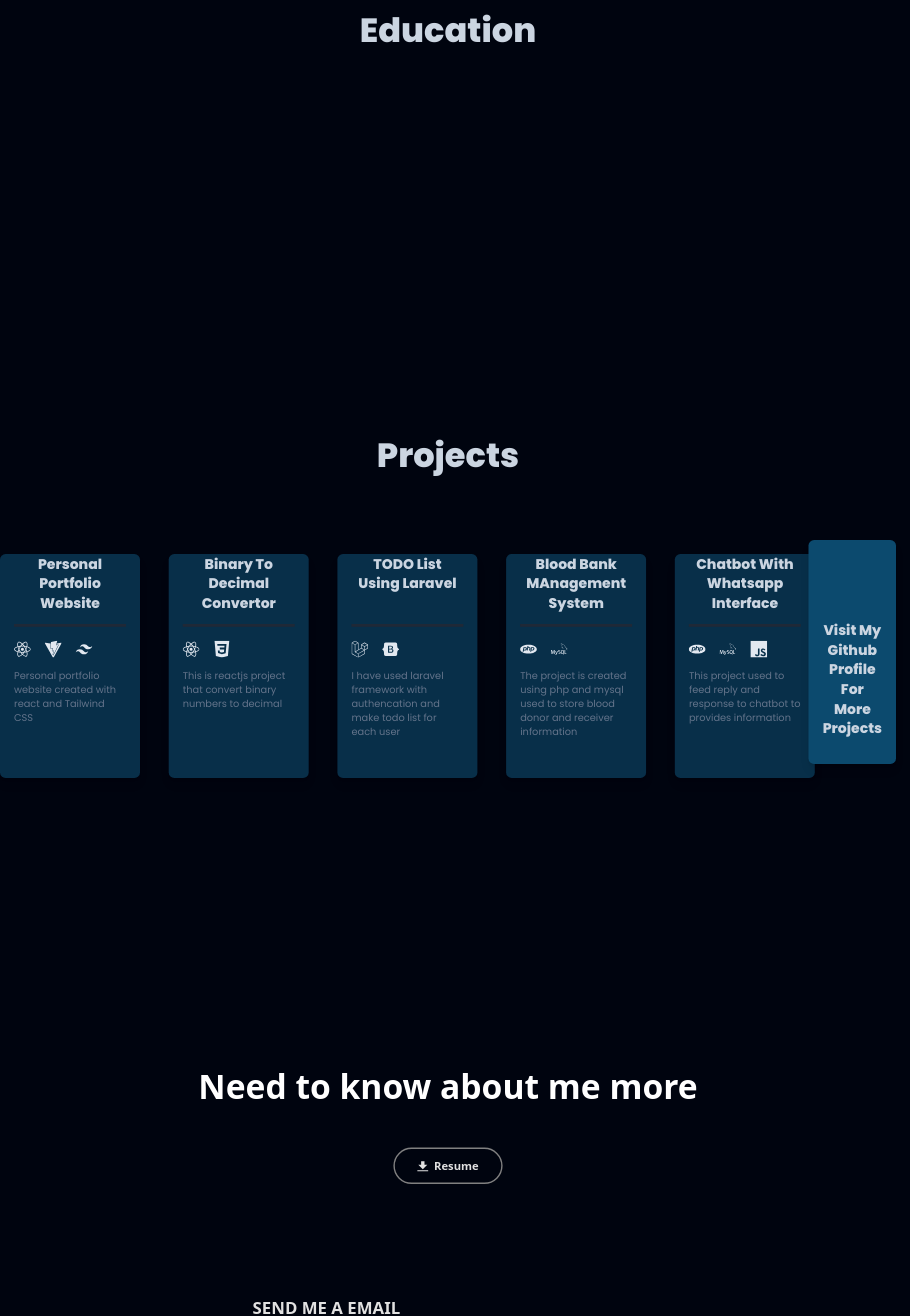
Repository: sibi24sibi/MyPersonalPortfolio
Page: /
The author's editor kept a copy of each file at every save. The page is drawn from the files as they stood at one save, then again after the next save.
The browser window is 1280 px wide. The page is 1300 px wide, so the pictures cover 1300 px, including what lies to the right of the window. The pictures show the part of the page from y = 1209 to 3089 px (the page is 3494 px tall), at 70% of full size.
The project was rebuilt for these pictures with package versions that can differ from the ones it lists, and the page was loaded fresh each time. Also part of the build but not shown: vite.config.js, src/components/Menu.jsx, src/components/Footer.jsx.

Above is the page before, as saved 2024-05-03 20:23:00.

### index.html
<!DOCTYPE html>
<html lang="en">

<head>
  <meta charset="UTF-8" />
  <link rel="icon" type="image/svg+xml" href="" />
  <meta name="viewport" content="width=device-width, initial-scale=1 , maximum-scale=1 ,user-scalable=no" />
  <title>
    Personal Portfolio
  </title>
</head>

<body className="darkMode">
  <div id="root" className="px-5 w-screen"></div>
  <script type="module" src="/src/main.jsx"></script>
</body>

</html>

### src/index.css
@import url('https://fonts.googleapis.com/css2?family=Poppins:wght@300;400;500;600;800&display=swap');
@tailwind base;
@tailwind components;
@tailwind utilities;

html {
    @apply overflow-x-hidden scroll-smooth
}

body {

    @apply dark:bg-[#00040f] bg-[#e2e2e2ab]
}

### src/App.jsx
import Navbar from "./components/Navbar";
import About from "./components/About";

import Education from "./components/Education";
import Projects from "./components/Projects";
import Skills from "./components/Skills";

import HashLoader from "react-spinners/HashLoader";
import CTA from "./components/CTA";
import MyEmailLayout from "./components/email";
import Footer from "./components/Footer";


import { useState, useEffect } from "react";

const override = {
  display: "flex",
  justifyContent: "center",
  alignItems: "center",
  marginTop: "5rem",
  borderColor: "red",
};

const App = () => {
  const [loading, setLoading] = useState(true);

  useEffect(() => {
    setLoading(true);
    setTimeout(() => {
      setLoading(false);
    }, 3000);
  }, []);
  return (
    <>
      {loading ? (
        <div className="flex h-screen w-screen justify-center items-center bg-[#00040f] ">
          <HashLoader
            color="#0891b2"
            loading={loading}
            cssOverride={override}
            size={90}
            aria-label="Loading Spinner"
            data-testid="loader"
          />
        </div>
      ) : (
        <div className=" flex flex-col justify-center items-center">
          <Navbar></Navbar>
          <About></About>
          <Skills></Skills>
          <Education></Education>
          <Projects></Projects>
          <CTA></CTA>
          <MyEmailLayout></MyEmailLayout>
          {/* <Footer></Footer> */}
        </div>
      )}
    </>
  );
};
export default App;

### src/components/Navbar.jsx
import { CgMenuRightAlt } from "react-icons/cg";
import { HiSun, HiMoon } from "react-icons/hi";
import { useState, useEffect } from "react";
import Menu from "./Menu";

const Navbar = () => {
  const [nav, setNav] = useState(false);

  const [theme, setTheme] = useState("light");

  useEffect(() => {
    if (theme === "dark") {
      document.documentElement.classList.remove("dark");
    } else {
      document.documentElement.classList.add("dark");
    }
  }, [theme]);

  const handleTheme = () => {
    setTheme(theme === "dark" ? "light" : "dark");
  };

  return (
    <>
      <section className="NAVBAR sticky top-0 backdrop-blur-[5px] z-10 pt-5  translate-x-[20px] min-w-full mt-5 font-['Poppins']  max-sm:p-2 max-sm:mx-1 max-sm:max-h-[48px] ">
        <div className="flex  justify-between capitalize md:ml-9 sm:ml-2">
          <div className="LOGO ">
            <a
              href="#"
              className="text-3xl bg-gradient-to-r from-blue-600 to-cyan-600 bg-clip-text text-transparent dark:text-cyan-500 max-sm:text-2xl"
            >
              {"Portfolio"}
            </a>
          </div>
          <div className="NAVLINKS min-w-full pr-9 text-[20px] translate-x-[-160px]  max-sm:hidden flex justify-end gap-12 text-[#00040f] dark:text-[#e1e1e1] ">
            <a href="#about" className=" hover:text-cyan-500">
              Home
            </a>
            <a href="#experience" className="hover:text-cyan-500">
              Experience
            </a>
            {/* <a href="#education" className="hover:text-cyan-500 ">
              Education
            </a> */}
            <a href="#projects" className="hover:text-cyan-500 ">
              Projects
            </a>
            <a href="#contact" className="hover:text-cyan-500 ">
              Contact
            </a>

            <button onClick={handleTheme}>
              {theme === "dark" ? (
                <HiMoon className="-translate-y-1 text-2xl" />
              ) : (
                <HiSun className="-translate-y-1 text-2xl" />
              )}
            </button>

            </div>
            </div>
          <button onClick={() => setNav(!nav)}>
            <CgMenuRightAlt className="hidden max-sm:block mr-5   absolute top-2  right-10 md:transform-none text-[#00040f] dark:text-[#e1e1e1] text-[32px]" />
          </button>


        {nav && <Menu />}

      </section>



    </>
  );
};
export default Navbar;

### src/components/About.jsx
import Lottie from "lottie-react";
import computer from "../assets/lottie/computer.json";

const About = () => {
  return (
    <>
      <section
        id="about"
        className="p-5 mx-2 mb-10 font-medium font-['Poppins'] max-w-6xl max-sm:p-2 max-sm:mx-5"
      >
        <div className="WRAPPER mt-12 flex justify-between max-sm:flex-col gap-35">
        <div className="INTRO text-[70px] leading-[80px] font-semibold max-sm:text-[40px] max-sm:leading-[70px] max-sm:font-semibold">
            <h3 className="text-[#00040f] dark:text-white">
              Hi, there! <br />I am
            </h3>
            <span className="bg-clip-text text-transparent bg-gradient-to-r  from-blue-600 to-cyan-600 dark:from-cyan-500 dark:to-slate-200">
             Sibi Chakraborthy.

            </span>

            <p className="ABOUT h-[100px] text-xl max-sm:text-[15px] bg-clip-text text-transparent  bg-gradient-to-r  from-[#00040f] to-slate-500 dark:from-slate-500 dark:to-slate-200 max-w-[470px] mt-5 pl-1">
            Design is not just what it looks like and feels like. Design is how it works.
            </p>
          </div>
        <div className="div">
          <Lottie
            animationData={computer}
            loop={true}
            className="max-w-[650px] "
          />
          </div>
        </div>
      </section>
    </>
  );
};
export default About;

### src/components/Education.jsx
import Lottie from "lottie-react";
import education from "../assets/lottie/education.json";
import SAEC from "../assets/SAEC.png";
import AOS from "aos";

import { useEffect } from "react";

const Education = () => {
  useEffect(() => {
    AOS.init();
  }, []);
  return (
    <section
      id="education"
      className="EXPERIENCE max-w-6xl p-5 mx-20 mb-25 font-['Poppins']  max-sm:p-2 max-sm:mx-5"
    >
      <div className="WRAPPER mt-10">
        <h1 className="text-[#00040f] dark:text-slate-300 text-center font-extrabold text-5xl mb-5 max-sm:text-4xl   ">
          Education
        </h1>

        <div
          className="EDUCATION flex gap-7 justify-between flex-row-reverse max-sm:flex-col"
          data-aos="fade-right"
        >
          <div className="max-w-[520px] mt-[52px] p-7 max-sm:p-3">
            <div className="flex gap-5">
              <img
                src={SAEC}
                alt="SAEC"
                className="w-[150px] h-[100px]"
              />
              <h1 className="bg-clip-text text-transparent bg-gradient-to-r max-sm:text-[17px] from-amber-500 via-orange-600 to-yellow-500 dark:from-[#ff6600] dark:to-slate-100 font-semibold text-2xl w-[300px] h-[100px] tracking-wider ">
                Syed Ammal engineering college
              </h1>
            </div>

            <div className="mt-7 flex flex-col gap-5 text-left pl-4">
              <h3 className="capitalize  text-slate-800 dark:text-slate-300 text-xl max-sm:text-lg">
                Bachelor of technology
              </h3>
              <p className="italic capitalize text-gray-500 dark:text-slate-500 text-xl max-sm:text-lg leading-9">
                November 2020 - May 2024
              </p>

              <p className="capitalize text-gray-500 dark:text-slate-500 text-xl max-sm:text-lg leading-9">
                Computer Science and Engineering
              </p>
            </div>
          </div>
          <Lottie
            animationData={education}
            loop={true}
            className="max-w-[500px]"
          />
        </div>
      </div>
    </section>
  );
};
export default Education;

### src/components/Projects.jsx
import Project_prop from "./Project_prop";
import {
  GPT4,
  Portfolio,
  Rocket,
  WellBeing,
  Game,
} from "../constants/Constant";
import Tooltip from "@mui/material/Tooltip";
import IconButton from "@mui/material/IconButton";
import AOS from "aos";
import "aos/dist/aos.css";
import { useEffect } from "react";
import {
  SiReact,
  SiTailwindcss,
  SiVite,
  SiHtml5,
  SiCss3,
  SiJavascript,
  SiLaravel,
  SiBootstrap,
  SiPhp,
  SiWordpress,
  SiMysql,
} from "react-icons/si";

const Projects = () => {
  useEffect(() => {
    AOS.init();
  }, []);
  return (

<>

<section
      id="projects"
      className="EXPERIENCE p-5 mx-5 min-h-screen font-['Poppins']   max-sm:p-2 max-sm:mx-5"
    >
<h1 className="text-[#00040f] dark:text-slate-300 text-center font-extrabold text-5xl mb-24  max-sm:text-4xl  ">
          Projects
</h1>
<div className="container flex justify-center flex-col md:flex-row">


<Project_prop
            title="Personal Portfolio Website"
            para="Personal portfolio website created with react and Tailwind CSS"
            img={Portfolio}
            link=""
            github_link=""
            react={
              <Tooltip title="React" arrow>
                <IconButton>
                  <SiReact className="dark:text-slate-200 text-black" />
                </IconButton>
              </Tooltip>
            }
            tailwindcss={
              <Tooltip title="TailWind CSS" arrow>
                <IconButton>
                  <SiTailwindcss className=" dark:text-slate-200 text-black" />
                </IconButton>
              </Tooltip>
            }
            vite={
              <Tooltip title="Vite" arrow>
                <IconButton>
                  <SiVite className=" dark:text-slate-200 text-black" />
                </IconButton>
              </Tooltip>
            }


  />
<Project_prop
            title="Binary to decimal convertor"
            para="This is reactjs project that convert binary numbers to decimal"
            img={Portfolio}
            link=""
            github_link=""
            react={
              <Tooltip title="React" arrow>
                <IconButton>
                  <SiReact className="dark:text-slate-200 text-black" />
                </IconButton>
              </Tooltip>
            }
            css3={
              <Tooltip title="React" arrow>
                <IconButton>
                  <SiCss3 className="dark:text-slate-200 text-black" />
                </IconButton>
              </Tooltip>
            }
  />


<Project_prop
            title="TODO List using Laravel"
            para="I have used laravel framework with authencation and make todo list for each user"
            img={Portfolio}
            link=""
            github_link=""
            laravel={
              <Tooltip title="Laravel" arrow>
                <IconButton>
                  <SiLaravel className=" dark:text-slate-200 text-black" />
                </IconButton>
              </Tooltip>
            }
            bootstrap={
              <Tooltip title="Bootstrap" arrow>
                <IconButton>
                  <SiBootstrap className=" dark:text-slate-200 text-black" />
                </IconButton>
              </Tooltip>
            }

  />
  <Project_prop
            title="Blood Bank MAnagement System"
            para="The project is created using php and mysql used to store blood donor and receiver information"
            img={Portfolio}
            link=""
            github_link=""
            php={
              <Tooltip title="PHP" arrow>
                <IconButton>
                  <SiPhp className=" dark:text-slate-200 text-black" />
                </IconButton>
              </Tooltip>
            }
            mysql={
              <Tooltip title="Mysql" arrow>
                <IconButton>
                  <SiMysql className=" dark:text-slate-200 text-black" />
                </IconButton>
              </Tooltip>
            }

  />
  <Project_prop
            title="Chatbot with Whatsapp interface"
            para="This project used to feed reply and response to chatbot to provides information"
            img={Portfolio}
            link=""
            github_link=""
            php={
              <Tooltip title="PHP" arrow>
                <IconButton>
                  <SiPhp className=" dark:text-slate-200 text-black" />
                </IconButton>
              </Tooltip>
            }
            mysql={
              <Tooltip title="Mysql" arrow>
                <IconButton>
                  <SiMysql className=" dark:text-slate-200 text-black" />
                </IconButton>
              </Tooltip>
            }
            javascript={
              <Tooltip title="JavaScript" arrow>
                <IconButton>
                  <SiJavascript className=" dark:text-slate-200 text-black" />
                </IconButton>
              </Tooltip>
            }
  />
  <div className="card flex bg-blue-200 dark:bg-sky-900 rounded-lg shadow-lg items-center justify-center ">
        <h3
        className=" title capitalize font-bold h-20 text-slate-800 dark:text-slate-300 text-xl max-sm:text-lg m-5 text-center "
        >
          Visit my Github Profile for more projects
        </h3>

  </div>

  </div>
</section>

</>



  );
};
export default Projects;

### src/components/Skills.jsx
import {
  HTML,
  CSS,
  Github,
  Git,
  Vite,
  TailwindCSS,
  react,
  Python,
  Javascript,
  CPP,
  C,
  Vue,
  nodejs
} from "../constants/Constant";

import AOS from "aos";
import "aos/dist/aos.css";
import { useEffect } from "react";
import Image from "./Img_prop";

const Skills = () => {
  useEffect(() => {
    AOS.init();
  }, []);
  return (
    <>
      <section className="EXPERIENCE p-5  mb-10 max-w-6xl  font-['Poppins']  max-sm:p-2 max-sm:mx-5">
        <div>
        <h1 className="text-[#00040f] dark:text-slate-300 font-extrabold text-5xl text-center max-sm:text-4xl ">
          SKILLS
        </h1>
        </div>
        <div
          className=" grid place-content-start  grid-cols-3 gap-4 max-sm:p-2 mt-10"
          data-aos="zoom-out-up"
        >
          <Image img={HTML}></Image>
          <Image img={CSS}></Image>
          <Image img={Javascript}></Image>
          <Image img={react}></Image>
          <Image img={TailwindCSS}></Image>
          {/* <Image img={Vue}></Image>
          <Image img={CPP}></Image>
          <Image img={C}></Image> */}
          <Image img={Python}></Image>
          {/* <Image img={Vite}></Image> */}
          <Image img={Git}></Image>
          <Image img={Github}></Image>
          <Image img={nodejs}></Image>
        </div>
      </section>
    </>
  );
};
export default Skills;

### src/components/CTA.jsx
function CTA() {
  const resumeLink = "/Sibi-Chakraborthy-V.pdf";
  return (
    <div id="resume" className="pt-36 max-w-6xl resume relative w-full flex justify-center ">

      <div className="pt-14 mx-20 pb-40">
        <h2 className="text-4xl md:text-5xl max-sm:text-[35px] max-sm:leading-[60px] font-bold mb-10 text-[#00040f] dark:text-white text-center">
          Need to know about me more
        </h2>
        <div className="flex justify-center ">
        <a
          href={resumeLink}
          className="cursor-pointer font-bold whitespace-nowrap
        mt-6 px-8 py-3 dark:text-[#e1e1e1] border-2 rounded-full border-[#808080]  bg-bg hover:bg-fun-pink hover:border-fun-pink transition-colors inline-flex items-center"
        >
          <svg class="fill-current w-4 h-4 mr-2" xmlns="http://www.w3.org/2000/svg" viewBox="0 0 20 20"><path d="M13 8V2H7v6H2l8 8 8-8h-5zM0 18h20v2H0v-2z"/></svg>
          <span>Resume</span>

        </a>

        </div>
      </div>


    </div>
  );
}

export default CTA;

### src/components/email.jsx
import React, { useRef, useEffect } from "react";
import emailjs from '@emailjs/browser';



const MyEmailLayout = () => {
  const form = useRef();

  useEffect(() => {
    // Initialize emailjs
    emailjs.init('-fw29uVaf1UZJqOVT');
  }, []);

  const sendEmail = (e) => {
    e.preventDefault();

    emailjs

      .sendForm('service_hgvjibu', 'template_f9rmzk9', form.current)
      .then(
        () => {
          alert('Email sent successfully!');
        },
        (error) => {
          alert('Failed to send email. Please try again later.');
          console.error('Email Error:', error);
        }
      );
  };

  return (
    <div   className="mb-20 max-w-6xl" id="contact">

      <div className=" mx-10 max-sm:mx-5 ">
      <div className="div">
      <h1 className="text-2xl dark:text-[#e1e1e1] font-bold mb-4 ">SEND ME A EMAIL</h1>
      </div>
      <form ref={form} onSubmit={sendEmail}>
        <div className="grid  grid-cols-2 gap-4 flex justify-center">
          <div>
            <label htmlFor="name" className="dark:text-[#e1e1e1]">Name</label>
            <input
              type="text"
              id="name"
              name="user_name"
              className="px-3 py-2 placeholder-gray-400 text-gray-600 relative dark:bg-slate-300 bg-stone-300 rounded text-sm border-0 shadow outline-none focus:outline-none focus:ring  w-full"
            />
          </div>
          <div>
            <label htmlFor="email" className="dark:text-[#e1e1e1]">Email</label>
            <input
              type="email"
              id="email"
              name="user_email"
              className="px-3 py-2 placeholder-gray-400 text-gray-600 relative dark:bg-slate-300 bg-stone-300 rounded text-sm border-0 shadow outline-none focus:outline-none focus:ring w-full"
            />
          </div>
        </div>
        <label htmlFor="message" className="dark:text-[#e1e1e1]">Message</label>
        <textarea
          placeholder=""
          name="message"
          className="px-3 py-2 placeholder-gray-400 text-gray-600 relative dark:bg-slate-300 bg-stone-300 rounded text-sm border-0 shadow outline-none focus:outline-none focus:ring h-40 w-full "
        ></textarea>
        <button
          type="submit"
          className="bg-blue-500 rounded-full text-white px-4 py-2 mt-4 float-right"
          value="Send"
        >
          Send Email
        </button>
      </form>
      </div>
    </div>
  );
};

export default MyEmailLayout;

### src/components/Project_prop.jsx
/* eslint-disable react/prop-types */

import "./proj_style.css";


const Project_prop = (props) => {
  return (
    <>


    <div className="proj-area h-fit w-screen">
      <div className="card bg-blue-100 dark:bg-sky-950 rounded-lg shadow-lg aspect-w-16 aspect-h-9 ">
        <h3
        className="title capitalize font-bold h-20 text-slate-800 dark:text-slate-300 text-xl max-sm:text-lg m-5 text-center"
        >
          {props.title}
        </h3>
            <div className="bar h-1 min-w-40 dark:bg-gray-800  bg-slate-600  mx-5"></div>
        <div className="flex gap-1 ml-3 mt-3 ">
                {props.react}
                {props.vite}
                {props.html5}
                {props.css3}
                {props.php}
                {props.mysql}
                {props.javascript}
                {props.tailwindcss}
                {props.laravel}
                {props.bootstrap}
                {props.wordpress}

        </div>
        <p className="dark:text-slate-500 mt-2 text-sm px-5  select-none">
          {props.para}
        </p>
      </div>
    </div>



    </>
  );
};
export default Project_prop;

### src/constants/Constant.jsx
import C from "../assets/C.png";
import CPP from "../assets/CPP.png";
import HTML from "../assets/HTML.png";
import Github from "../assets/Github.png";
import CSS from "../assets/CSS.png";
import Python from "../assets/Python.png";
import Javascript from "../assets/Javascript.png";
import Git from "../assets/Git.png";
import Vite from "../assets/Vite.png";
import TailwindCSS from "../assets/TailwindCSS.png";
import react from "../assets/react.png";
import Vue from "../assets/vue.png";
import nodejs from "../assets/nodejs.png";

import Hackthechain from "../assets/HackTheChainLogo.png";
import GSSOC from "../assets/GSSoc.jpg";
import IITB from "../assets/IITB.png";
import Sports from "../assets/Sports_Club.png";
import IIITians from "../assets/IIITians_Network.png";
import GDSC from "../assets/GDSC.png";
import KDE from "../assets/kde.png";
import Oppia from "../assets/oppia.png";

import GPT4 from "../assets/gpt4.jpg";
import Portfolio from "../assets/portfolio.jpg";
import Rocket from "../assets/Rocket.jpg";
import Game from "../assets/Stone.jpg";
import WellBeing from "../assets/well-being.jpg";

export {
  C,
  CPP,
  HTML,
  CSS,
  Github,
  Git,
  Vite,
  TailwindCSS,
  react ,
  Python,
  Javascript,
  Vue,
  Hackthechain,
  GSSOC,
  IITB,
  Sports,
  IIITians,
  GPT4,
  Portfolio,
  Rocket,
  WellBeing,
  Game,
  GDSC,
  KDE,
  nodejs,
  Oppia,
};

### src/components/Img_prop.jsx
const Img_prop = ({ img }) => {
  return (
    <>
      <div className="mr-60 w-[100px] max-sm:w-[75px] h-[100px] max-sm:h-[75px] shadow-xl shadow-slate-300 dark:shadow-lg dark:shadow-blue-500/50 bg-gradient-to-bl from-[#ccc] to-[#eee] dark:from-[#051937] dark:to-[#222] rounded-full place-content-center grid translate-x-[100px] max-sm:translate-x-1">
        <img src={img} alt="html" className="max-sm:h-[45px] h-[55px] " />
      </div>
    </>
  );
};
export default Img_prop;

### src/components/proj_style.css



  .card {
    position: relative;
    left: 0px;
    width: 200px;
    height: fit-content;
    min-height: 320px;
    padding-bottom: 10px;
  }

  .card:not(:first-child) {
      margin-left: -50px;
  }

  .card:hover {
    transform: translateY(-20px);
    transition: 0.4s ease-out;
  }

  .card:hover ~ .card {
    position: relative;
    left: 50px;
    transition: 0.4s ease-out;
  }

@media only screen and (max-width: 600px) {

  .card {
    position:relative;
    left:80px;
    padding-bottom:unset;
    top: 0px;
    margin:10px;
    padding-bottom:unset;
  }
  .card:hover {
    transform:unset ;
    transition:unset;
    margin-left:unset;
  }
  .card:not(:first-child) {
    margin-left:auto;
  }
  .card:hover ~ .card {
    position:unset;
    left:unset;
    transition:unset;
  }
}

Loaded but not shown: src/main.jsx (common file); src/assets/lottie/computer.json (common file); src/assets/lottie/Education.json (common file); tailwind.config.js (common file)

After the next save:
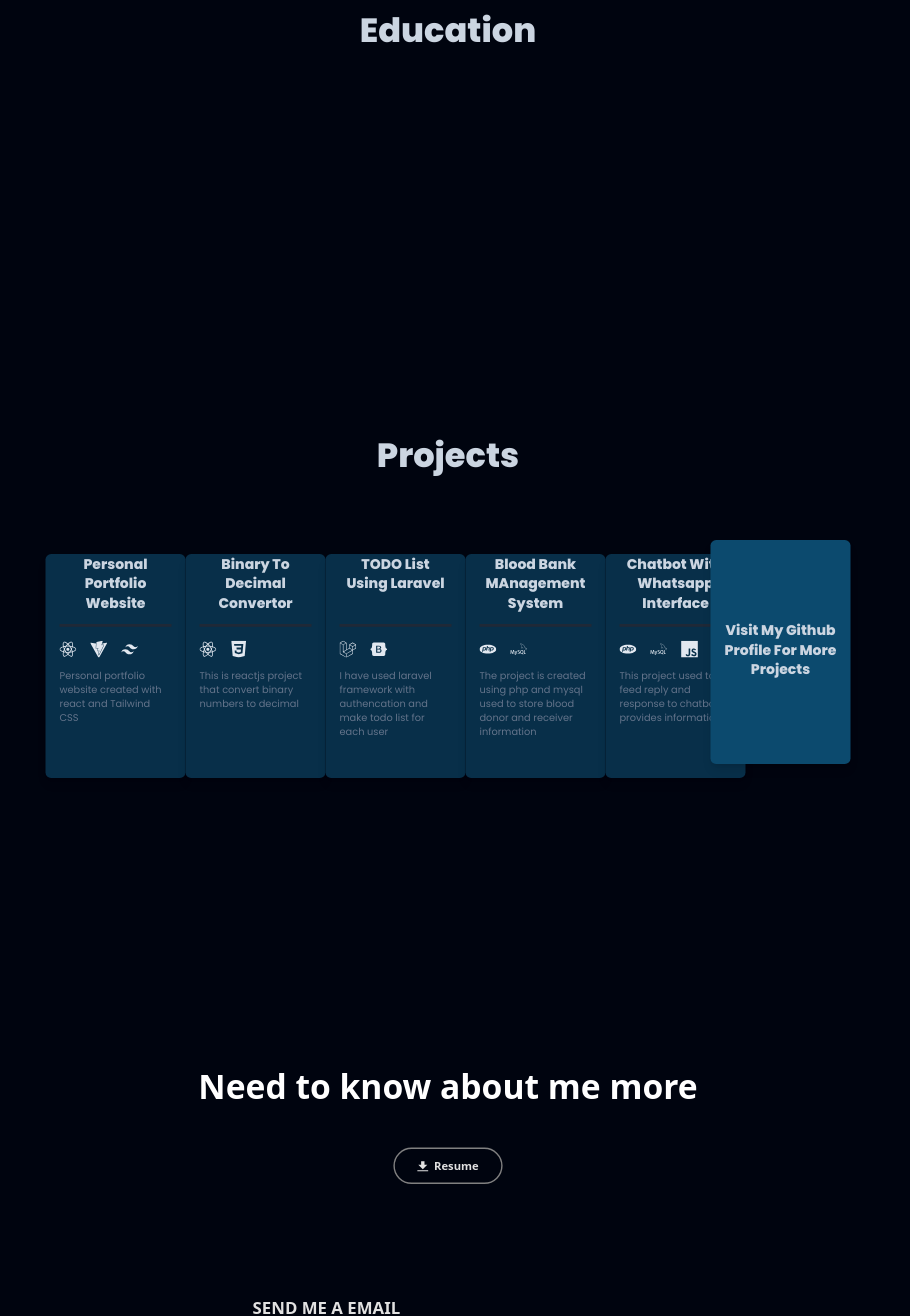
Saved 17 s later.
--- a/src/components/Project_prop.jsx
+++ b/src/components/Project_prop.jsx
@@ -8,7 +8,7 @@ const Project_prop = (props) => {
     <>
 
 
-    <div className="proj-area h-fit w-screen">
+    <div className="proj-area h-fit">
       <div className="card bg-blue-100 dark:bg-sky-950 rounded-lg shadow-lg aspect-w-16 aspect-h-9 ">
         <h3
         className="title capitalize font-bold h-20 text-slate-800 dark:text-slate-300 text-xl max-sm:text-lg m-5 text-center"
